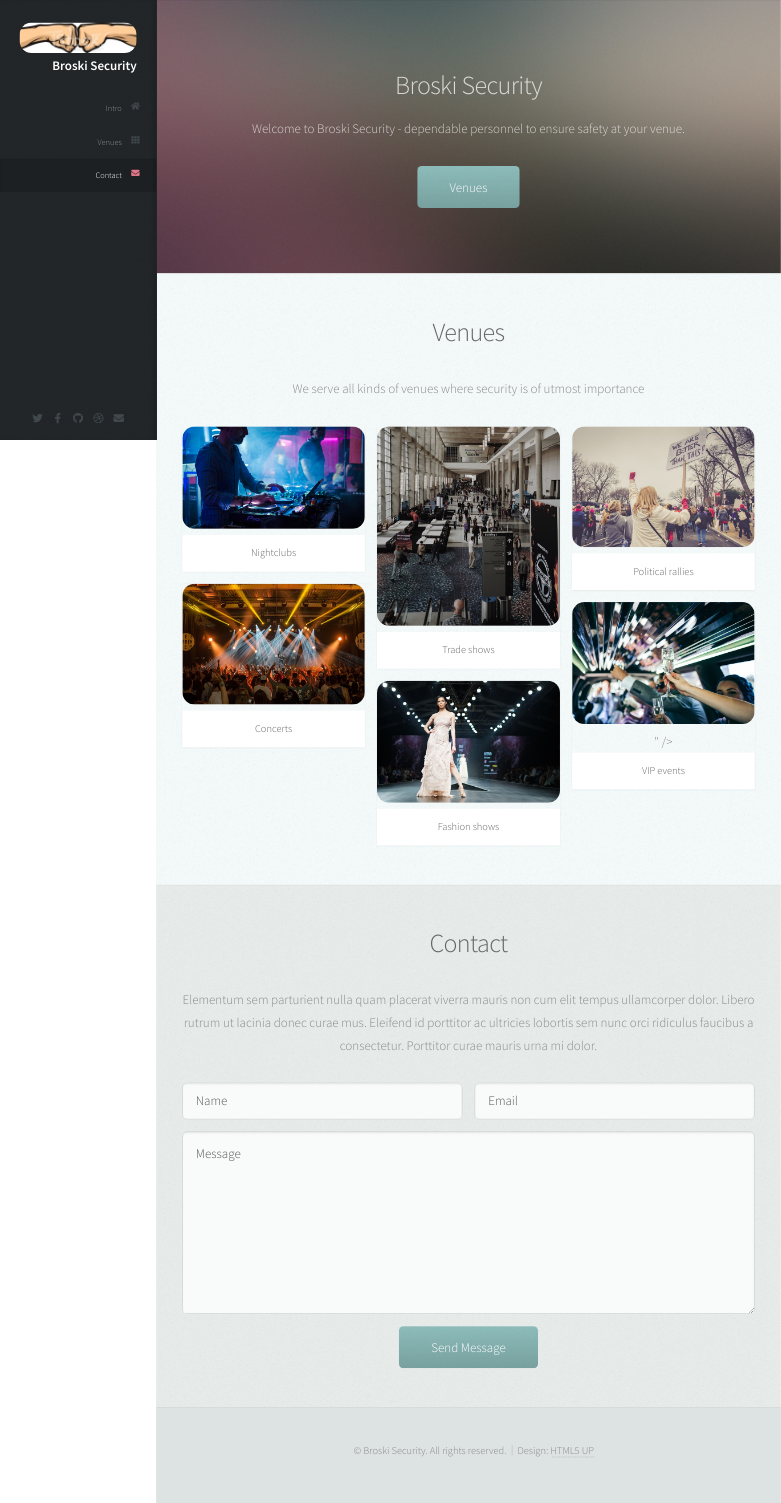
Repository: fiedore/fiedore.github.io
Page: index.html
These files come from the project's save history. The page is drawn as it stood at one moment and after the next save; the edit follows.
The browser window is 1280 px wide. The pictures show the whole page, at 61% of full size.

Above is the page before, as saved 2025-06-03 09:29:09.

After the next save:
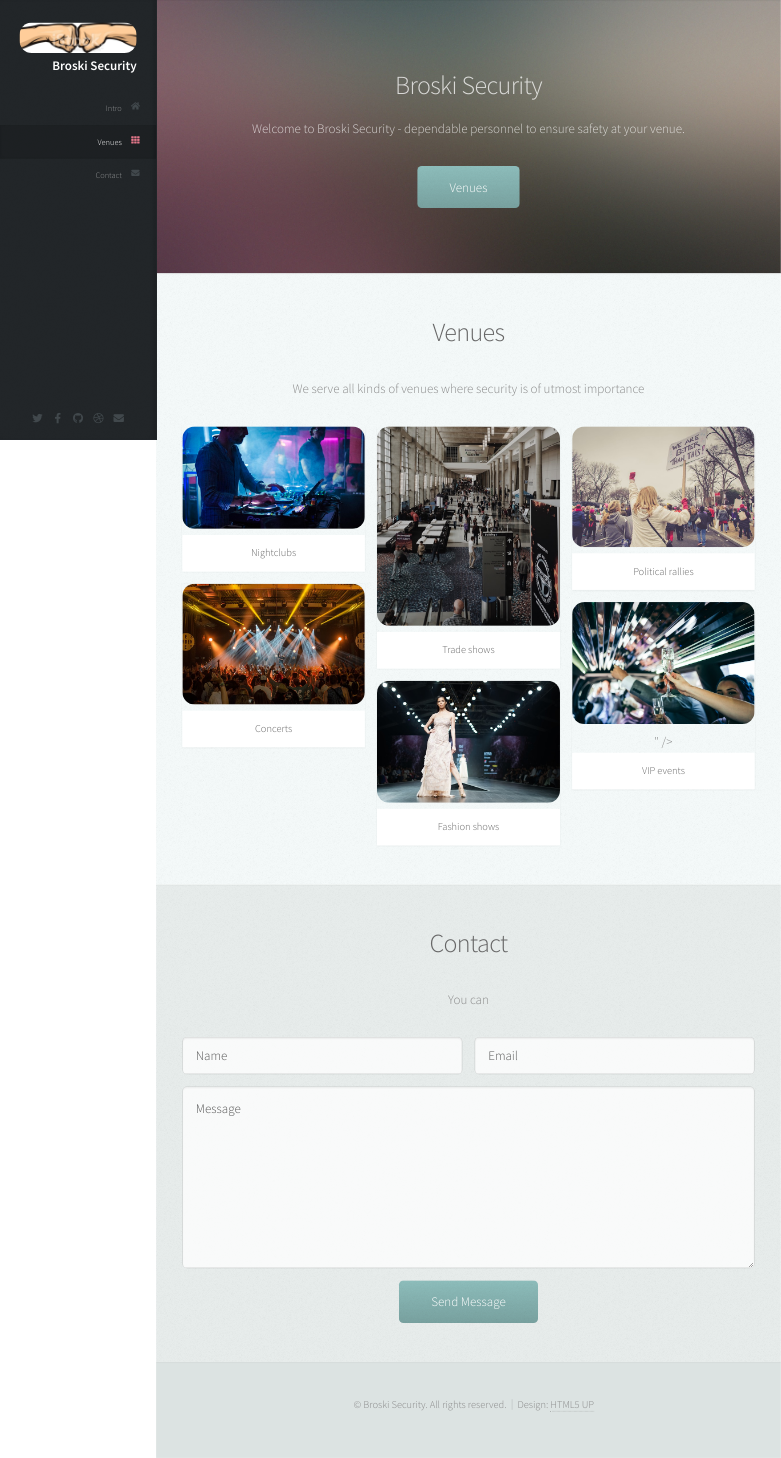
Saved 8 s later.
--- a/index.html
+++ b/index.html
@@ -158,10 +158,7 @@
 								<h2>Contact</h2>
 							</header>
 
-							<p>Elementum sem parturient nulla quam placerat viverra
-							mauris non cum elit tempus ullamcorper dolor. Libero rutrum ut lacinia
-							donec curae mus. Eleifend id porttitor ac ultricies lobortis sem nunc
-							orci ridiculus faucibus a consectetur. Porttitor curae mauris urna mi dolor.</p>
+							<p>You can </p>
 
 							<form method="post" action="#">
 								<div class="row">
